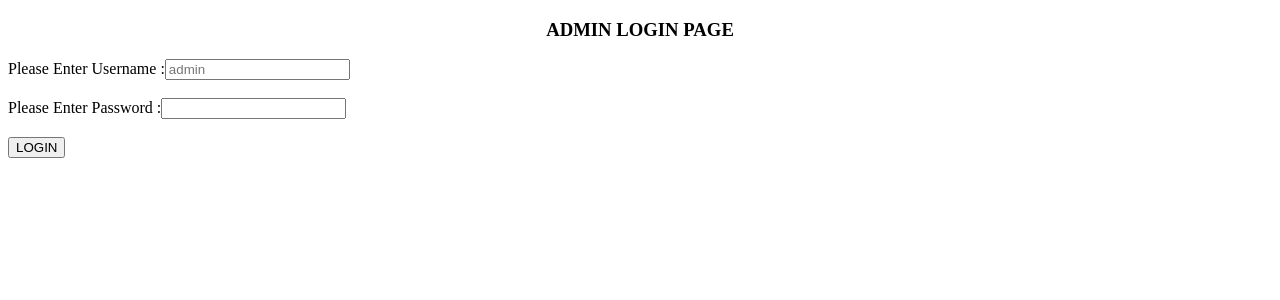
Repository: nihargowda/phase2project
Page: http://localhost/AirAway/adminlogin.jsp
An editor plug-in stored every save of this project. The page is shown before and after the next save, followed by the edit.
The browser window is 1280 px wide. The pictures show the whole page.
The page is served by Tomcat 9.

Above is the page before, as saved 2020-11-19 16:08:07.

After the next save:
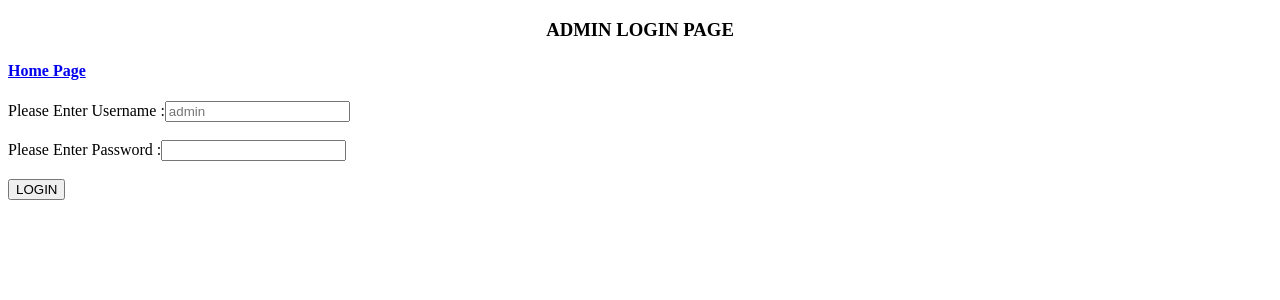
Saved 2 min 19 s later.
--- a/AirAway/src/main/webapp/adminlogin.jsp
+++ b/AirAway/src/main/webapp/adminlogin.jsp
@@ -9,7 +9,7 @@
 <body>
 <h3><center> ADMIN LOGIN PAGE</center></h3>
 <form action="/AirAway/LoginServlet"  method="post">
-
+<h4><a href='/AirAway/index.jsp'>Home Page</a> </h4>
 Please Enter Username :<input type="text" name="username" placeholder="admin"><br><br>
 Please Enter Password :<input type="password" name="password"><br><br>
 
